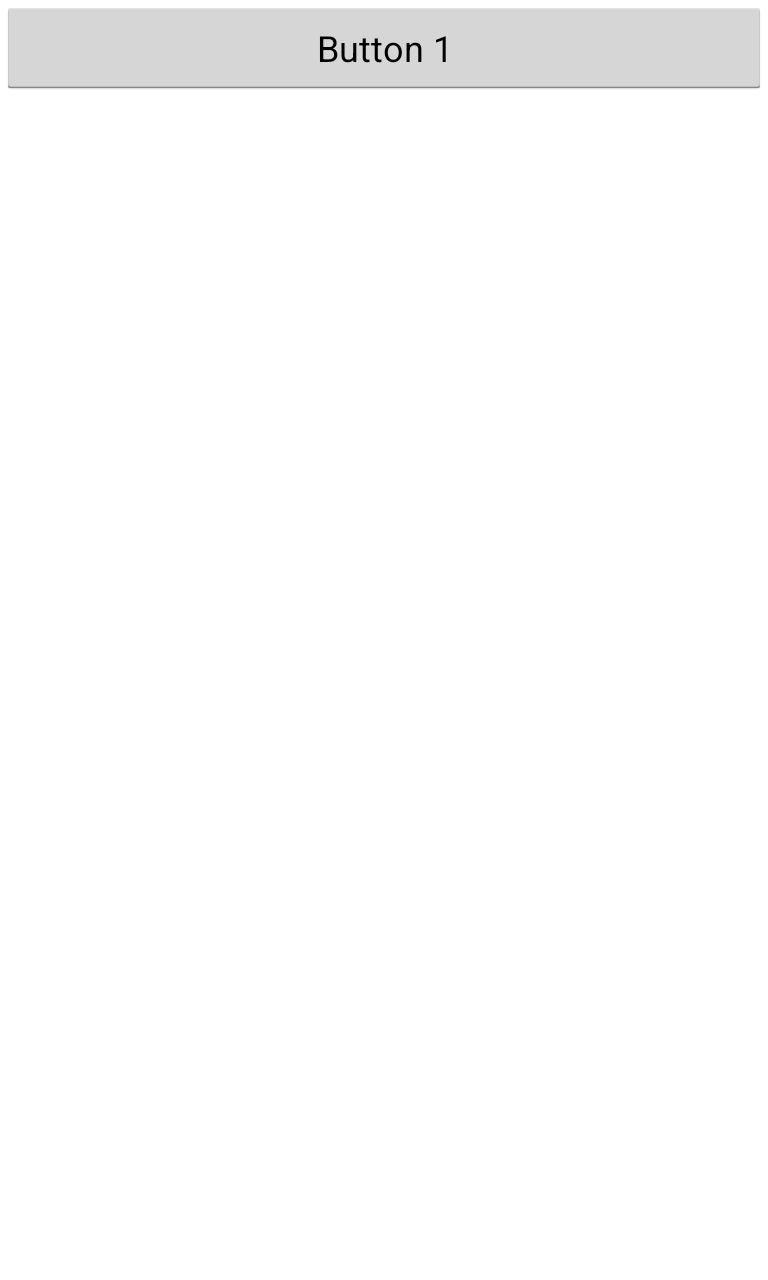
Repository: fanhui918/android
Layout: workspace/activityTest/res/layout/first_layout.xml
The author's editor kept a copy of each file at every save. The layout is drawn from the files as they stood at one save, then again after the next save.
It is drawn on a 768 x 1280 px phone screen (xhdpi) without system bars, with theme AppTheme; the app's code is not run.

Above is the layout before, as saved 2015-08-25 03:19:29.

After the next save:
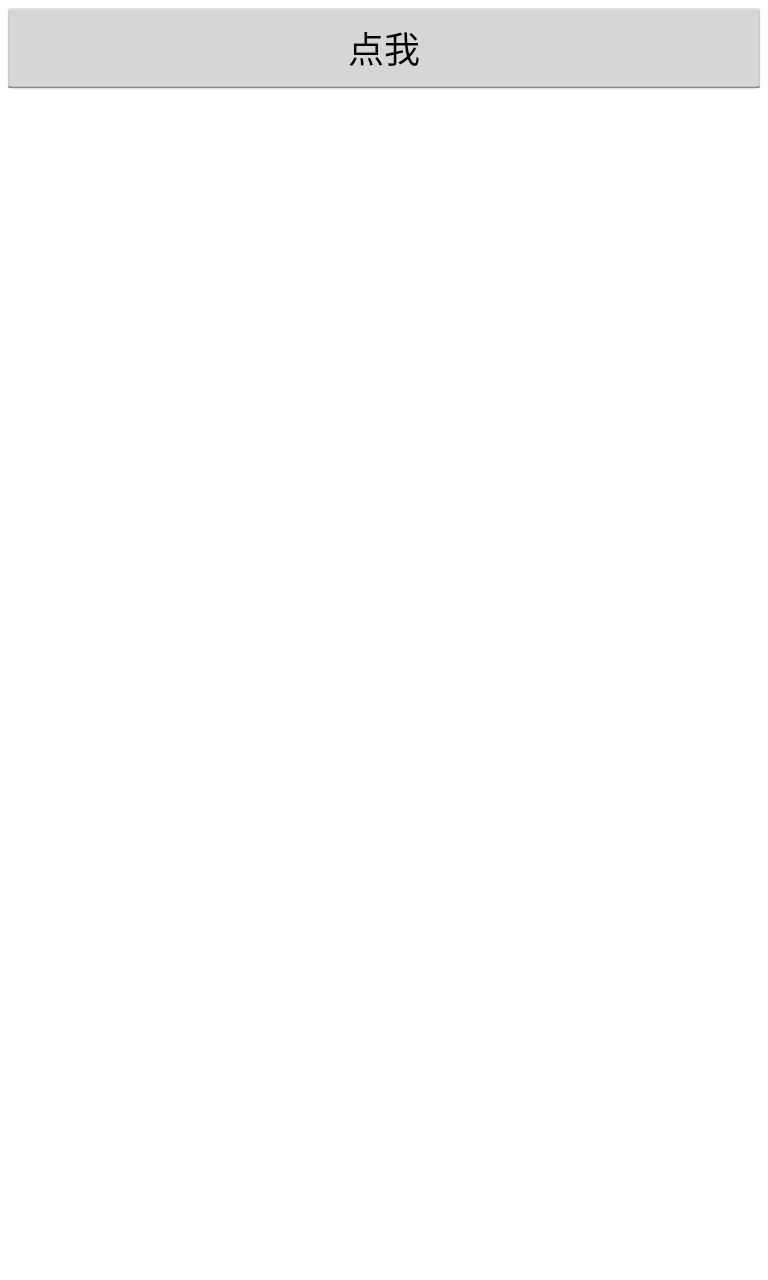
Saved 16 s later.
--- a/workspace/activityTest/res/layout/first_layout.xml
+++ b/workspace/activityTest/res/layout/first_layout.xml
@@ -8,6 +8,6 @@
 	    android:id="@+id/button_1"
 	    android:layout_width="match_parent"
 	    android:layout_height="wrap_content"
-	    android:text="Button 1"
+	    android:text="@string/button_1"
 	    />
 </LinearLayout>
